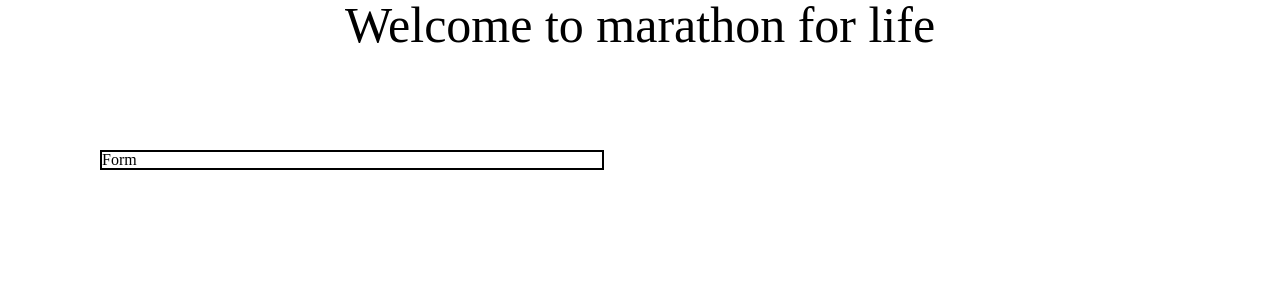
Repository: Razan-am/exam-practice
Page: marathon.html
The author's editor kept a copy of each file at every save. The page is drawn from the files as they stood at one save, then again after the next save.
The browser window is 1280 px wide. The pictures show the whole page.

Above is the page before, as saved 2021-05-31 14:15:13.

### marathon.html
<!DOCTYPE html>
<html lang="en">
<head>
    <meta charset="UTF-8">
    <meta http-equiv="X-UA-Compatible" content="IE=edge">
    <meta name="viewport" content="width=device-width, initial-scale=1.0">
    <title>marathon</title>
    <link rel="stylesheet" href="css/reset.css">
    <link rel="stylesheet" href="css/style.css">
</head>
<body>
    <header>
        <h1>Welcome to marathon for life</h1>
    </header>
    <main>
        <form action="" id="myForm">
            <fieldset>Form</fieldset>

        </form>
    </main>
    <footer></footer>
    <script src="js/marathon.js"></script>
</body>
</html>

### css/style.css
h1{
    text-align: center;
    font-size: 50px;
    margin-bottom: 100px;
}

form{
    margin-left: 100px;
    margin-bottom: 100px;

}
fieldset{
    display: inline-block;
    border: 2px solid black;
    width: 500px;
}

table {
    margin-left: 250px;
}
th{
    padding-left: 20px;
}
td{
    padding-left: 20px;
}

Loaded but not shown: css/reset.css (common file); js/marathon.js (no stored copy; drawn as an empty file)

After the next save:
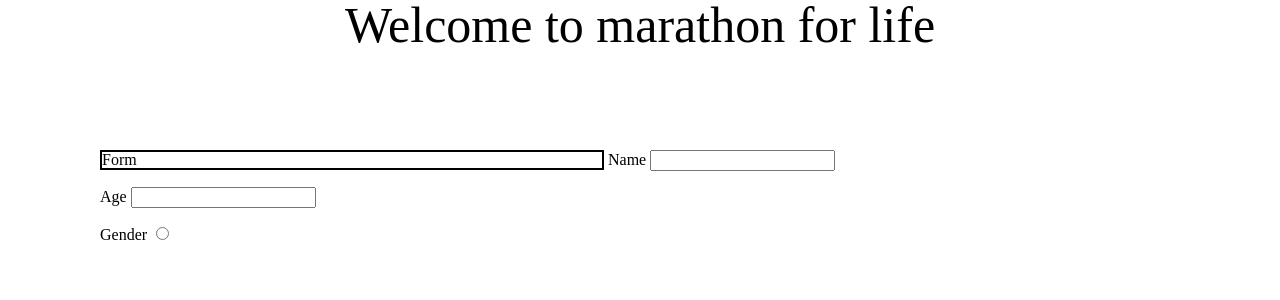
Saved 7 min 25 s later.
--- a/marathon.html
+++ b/marathon.html
@@ -15,6 +15,14 @@
     <main>
         <form action="" id="myForm">
             <fieldset>Form</fieldset>
+            <label for="name">Name</label>
+            <input type="text" id="name" name="name">
+            <br/> <br/>
+            <label for="age">Age</label>
+            <input type="number" id="age" name="age">
+            <br/><br/>
+            <label for="gender">Gender</label>
+            <input type="radio" id="gender" name="gender">
 
         </form>
     </main>
